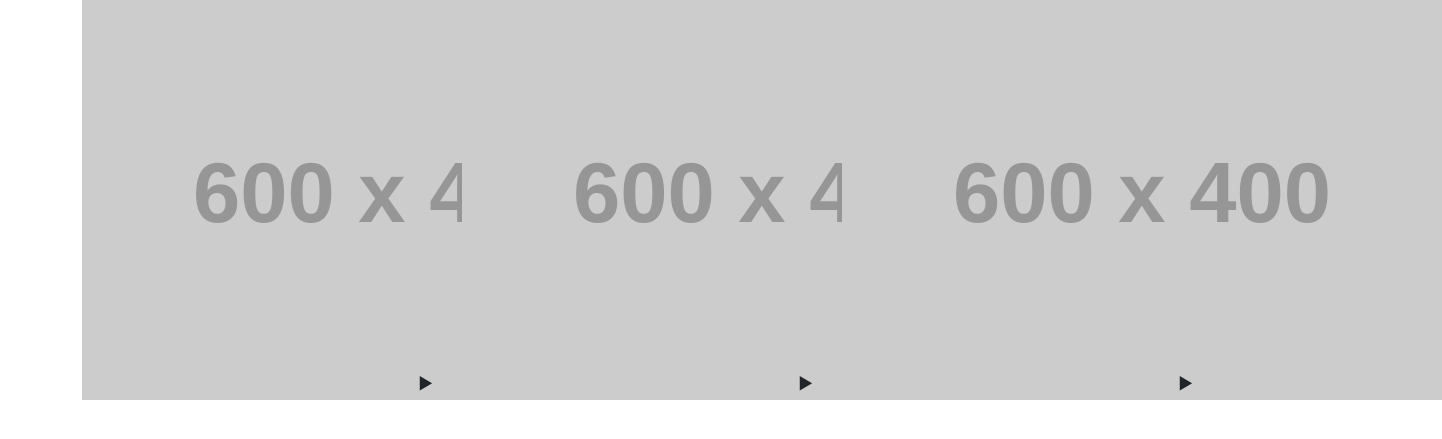
Repository: fbansept/ran4_24
Page: index.html
These files come from the project's save history. The page is drawn as it stood at one moment and after a run of saves; the edit follows.
The browser window is 1280 px wide. The page is 1442 px wide, then 1280 px, so the pictures cover 1442 px, including what lies to the right of the window. The pictures show the whole page.

Above is the page before, as saved 2024-10-14 11:22:18.

### index.html
<!DOCTYPE html>
<html lang="en">
  <head>
    <meta charset="UTF-8" />
    <meta name="viewport" content="width=device-width, initial-scale=1.0" />
    <title>Document</title>
    <link
      href="https://cdn.jsdelivr.net/npm/bootstrap@5.3.3/dist/css/bootstrap.min.css"
      rel="stylesheet"
      integrity="sha384-QWTKZyjpPEjISv5WaRU9OFeRpok6YctnYmDr5pNlyT2bRjXh0JMhjY6hW+ALEwIH"
      crossorigin="anonymous"
    />
    <script
      defer
      src="https://cdn.jsdelivr.net/npm/bootstrap@5.3.3/dist/js/bootstrap.bundle.min.js"
      integrity="sha384-YvpcrYf0tY3lHB60NNkmXc5s9fDVZLESaAA55NDzOxhy9GkcIdslK1eN7N6jIeHz"
      crossorigin="anonymous"
    ></script>

    <link rel="stylesheet" href="style.css">
  </head>
  <body>
    <main class="container">
      <div class="row row-cols-1 row-cols-md-3">
        <article class="col">
          <div>
            <img src="https://placehold.co/600x400" />
            <div class="button">▶</div>
          </div>
        </article>
        <article class="col">
          <div>
            <img src="https://placehold.co/600x400" />
            <div class="button">▶</div>
          </div>
        </article>
        <article class="col">
          <div>
            <img src="https://placehold.co/600x400" />
            <div class="button">▶</div>
          </div>
        </article>
      </div>
    </main>
  </body>
</html>

### style.css
.container > .row > article > div {
  position: relative;
}

.container > .row > article > div > img {
  position: relative;
}

.button {
  position: absolute;
  bottom: 5px;
  right: 5px;
}

After the next 2 saves:
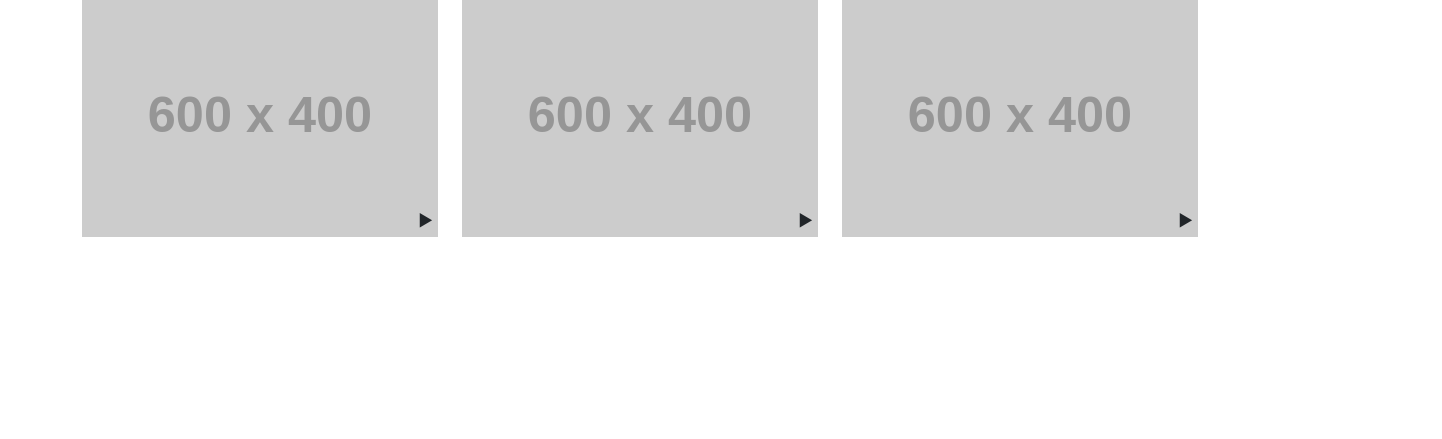
The 2 saves are shown as one change because they came seconds apart.
The last was saved 7 s later.
--- a/style.css
+++ b/style.css
@@ -3,7 +3,8 @@
 }
 
 .container > .row > article > div > img {
-  position: relative;
+  width: 100%;
+  h
 }
 
 .button {
